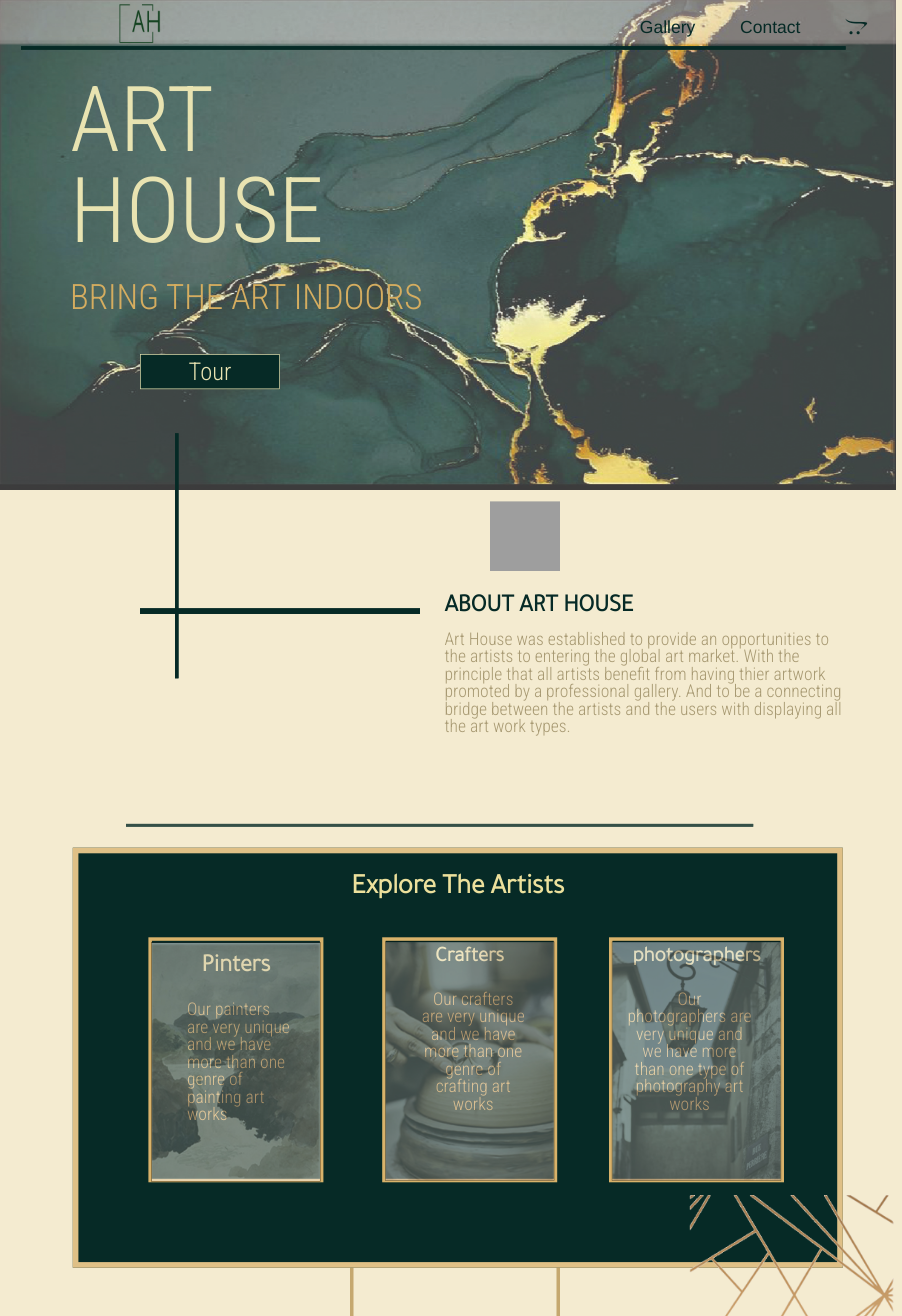
Repository: merge-confilicts/art-house
Page: index.html
An editor plug-in stored every save of this project. The page is shown before and after the next save, followed by the edit.
The browser window is 1280 px wide. The page is 1280 px wide, then 1289 px, so the pictures cover 1289 px, including what lies to the right of the window. The pictures show the part of the page from y = 0 to 1880 px (the page is 2701 px tall), at 70% of full size.
Pictures or frames that could not be fetched are drawn as grey boxes.

Above is the page before, as saved 2021-05-26 12:26:49.

### index.html
<!DOCTYPE html>
<html lang="en">

<head>
    <meta charset="UTF-8">
    <meta http-equiv="X-UA-Compatible" content="IE=edge">
    <meta name="viewport" content="width=device-width, initial-scale=1.0">
    <title>Art house</title>
    <l<link rel="preconnect" href="https://fonts.gstatic.com">
        <link
            href="https://fonts.googleapis.com/css2?family=Noto+Sans+JP:wght@300&family=Roboto+Condensed:wght@300&family=Tajawal:wght@300&display=swap"
            rel="stylesheet">
        <link rel="stylesheet" href="css/reset.css">
        <link rel="stylesheet" href="css/style.css">
        <link rel="stylesheet" href="https://use.fontawesome.com/releases/v5.15.3/css/all.css"
            integrity="sha384-SZXxX4whJ79/gErwcOYf+zWLeJdY/qpuqC4cAa9rOGUstPomtqpuNWT9wdPEn2fk" crossorigin="anonymous">

</head>

<body>
    <div id="tour">
        <div class="mySlide">
            <span class="slideCounter">1 / 3</span>
            <img src="/Images/slideshow/photo-1577720580479-7d839d829c73.jpg" alt="tour"
                class="SlideImages" />
            <p class="SlideImagetitle">Near Brodick, Isle Of Arran by William Andrews Nesfield</p>
            <span class="back"></span>
        </div>
        <div class="mySlide">
            <span class="slideCounter">2 / 3</span>
            <img src="Images/slideshow/photo-1542226601-bc82e276ae0a.jpg" alt="tour"
                class="SlideImages" />
            <p class="SlideImagetitle">Strolling through Stavanger by Max </p>
            <span class="back"></span>
        </div>
        <div class="mySlide">
            <span class="slideCounter">3 / 3</span>
            <img src="Images/slideshow/photo-1597420104288-4383f0a6e0ee.jpg" alt="tour"
                class="SlideImages" />
            <p class="SlideImagetitle">Street level shot of NYC by Giovanni</p>
            <span class="back"></span>
        </div>
        <a class="prev" onclick="plusSlides(-1)">&#10094;</a>
        <a class="next" onclick="plusSlides(1)">&#10095;</a>
        <button type="button" id="xButton">X</button>
        <div id="tourBorder"></div>
    </div>
    <header>
        <nav>
            <ul>
                <li><a href="index.html"><img src="Images/slideshow/a1de5ef2bbdf4582b79856771ada2ce0 (2).png" alt="" id="logo"/></a></li>
                <li><a href="html/gallery.html">Gallery</a></li>
                <li><a href="html/contact-us.html">Contact</a></li>
                <li><a href="html/shopping-page.html"><i class="fab fa-opencart"></i></a></li>
            </ul>
        </nav>
        <span></span>
        <h1>ART <br /> HOUSE</h1>
        <p>BRING THE ART INDOORS </p>
        <button type="button" id="button">Tour</button>
        <img src="Images/mainPage/main.jpg" alt="mainPage">
    </header>
    <main>
        <section>
            <img src="https://static.thenounproject.com/png/486805-200.png" alt="scroll">
            <span></span>
            <span></span>
            <h3>ABOUT ART HOUSE</h3>
            <p>Art House was established to provide an opportunities to the artists to entering the global art market.
                With the principle that all artists benefit from having thier artwork promoted by a professional
                gallery.
                And to be a connecting bridge between the artists and the users with displaying all the art work types.
            </p>
            <span></span>
        </section>
        <section>
            <h3>Explore The Artists</h3>
            <article>
                <h5>Pinters</h5>
                <p>Our painters are very unique and we have more than one genre of painting art works</p>
                <img src="/Images/mainPage/2.jpg" alt="painters">
            </article>
            <article>
                <h5>Crafters</h5>
                <p>Our crafters are very unique and we have more than one genre of crafting art works</p>
                <img src="/Images/mainPage/3.jpg" alt="crafters">
            </article>
            <article>
                <h5>photographers</h5>
                <p>Our photographers are very unique and we have more than one type of photography art works</p>
                <img src="Images/mainPage/4.jpg" alt="crafters">
            </article>
        </section>
        <section>
            <article>
                <div>
                </div>
                <p> <span id="artists">A pharagraph for the new artists</span> <br /> who are intresting in launching
                    thier
                    work in the <br /> <span id="website">website</span> </p>
                <a href="/html/contact-us.html" target="_top">Join Us</a>
            </article>
            <article>
            </article>
        </section>
        <img src="/Images/mainPage/output-onlinepngtools (1).png" alt="rightImg" id="right">
        <img src="Images/mainPage/output-onlinepngtools (2).png" alt="lrftImg" id="left">
    </main>
    <footer>
        <p><i class="far fa-copyright"></i> Art-House 2021</p>
        <span></span>
        <a href="#"> <i class="fab fa-facebook"></i></a>
        <a href="#"> <i class="fab fa-instagram"></i></i></a>
        <a href="#"> <i class="fab fa-twitter"></i></i></a>
        <a href="#"><i class="fab fa-pinterest"></i></i></a>
    </footer>
    <script src="/js/app.js"></script>
</body>

</html>

### css/style.css

*{
    box-sizing: border-box;
}
body{
    background-color: #f4ebd0;

}


#tour{
    margin-top: 180px;
    margin-left: 200px;
    width: 60%;
    background-color: #e8e3b1;
    position: absolute;
    height: 400px;
    z-index: 1;
    display: none;
    border: 5px solid #062a26;
    transition: 1s;
}
#tour img{
    width: 700px;
    height: 410px;
    margin-left: 0px;
    padding-bottom: 20px;
    opacity: .8;
}
#tour .back{
    top: -80px;
    position: relative;
    display: block;
    width: 700px;
    background-color: #e8e3b1;
    height: 22px;
    opacity: .5;

}
#tour p {
    /* padding-bottom: 30px; */
    top: -60px;
    position: relative;
    margin-left: 170px;
    color: #062a26;
    font-family: 'Noto Sans JP', sans-serif;
    font-family: 'Roboto Condensed', sans-serif;
    font-size: 20px;
    z-index: 1;
}
#tour button{
    top: -25px;
    right: 10px;
    position: absolute;
    width: 30px;
    height: 35px;
    font-size: 25px;
    text-align: center;
    transition: 1s;
}
#tour #tourBorder{
    display: block;
    border: solid 5px #c5a86f;
    width: 300px;
    height: 600px;
    top: -500px;
    left:600px;
    position: relative;
    z-index: -4;

}
.mySlide{
    display: none;
}
.slideCounter{
    top: 20px;
    right: 60px;
    position: absolute;
    font-size: 20px;
    font-family:cursive;
    color: #062a26;
    font-family: 'Noto Sans JP', sans-serif;
    font-family: 'Roboto Condensed', sans-serif;
    font-size: 20px;
}
.prev{
    top: 180px;
    left: 10px;
    position: absolute;
    font-size: 30px;
    color: #062a26;
}
.next{
    top: 180px;
    left: 760px;
    position: absolute;
    font-size: 30px;
    color: #062a26;
}
ul li {
    display: inline-block;
    margin-left: 0px;
    padding-top: 25px;
    left: 800px;
    position: relative;
    margin-right: 60px;
}
ul li:first-child{
    margin-left: 50px;
    padding-left: 0px;
    left: 0px;
    font-size: 25px;
    position: relative;
}

nav ul li a {
    font-size: 25px;
    text-decoration: none;
    color: #062a26;
    font-family:'Franklin Gothic Medium', 'Arial Narrow', Arial, sans-serif;
}
#logo{
    top: -30px;
    left: 100px;
    position: absolute;
    width: 100px;
    height:100px;
    z-index: 2;
}
header span{
    display: block;
    top: 15px;
    left: 30px;
    position: relative;
    background-color: #062a26;
    width: 92%;
    height: 5px;
    border: #062a26 solid 2px;
}
header img {
    top: 0px;
    left: 0px;
    position: absolute;
    z-index: -1;
    width: 100%;
    height: 700px;
}
h1{
    margin-top:50px;
    margin-left: 100px;
    font-size: 130px;
    font-family: 'Noto Sans JP', sans-serif;
    font-family: 'Roboto Condensed', sans-serif;
    color: #e8e3b1;
    margin-bottom: 100px;
}
header p {
    top: 400px;
    left:100px;
    position: absolute;
    font-size: 50px;
    font-family: 'Noto Sans JP', sans-serif;
    font-family: 'Roboto Condensed', sans-serif;
    color: #d5ad60;
}
 button{
    margin-top: 40px;
    margin-left: 200px;
    width: 200px;
    height: 50px;
    font-size: 35px;
    color: white;
    background-color: #062a26;
    border: none;
    font-family: 'Noto Sans JP', sans-serif;
    font-family: 'Roboto Condensed', sans-serif;
    color: #e8e3b1;
    border: 1px solid #e8e3b1 ;



}

main section:first-child img{
    margin-top: 160px;
    margin-left: 700px;
    width: 100px;
    height: 100px;
    border: none;
}
main section:first-child span:first-of-type{
    display: block;
    top: -200px;
    left: 250px;
    position: relative;
    background-color: #062a26;
    width: 5px;
    height: 350px;
    border: #062a26 solid 2px;

}
main section:first-child :nth-child(3){
    display: block;
    top: -300px;
    left: 200px;
    position: relative;
    background-color: #062a26;
    width: 400px;
    height: 8px;
    border: #062a26 solid 2px;
}

main section:first-child h3 {
    top: 850px;
    left: 635px;
    position:absolute;
    font-size: 35px;
    font-family: 'Noto Sans JP', sans-serif;
    font-family: 'Roboto Condensed', sans-serif;
    font-family: 'Tajawal', sans-serif;
    font-weight: 700;
    color:#062a26;

}
main section:first-child p{
    top: 900px;
    left: 635px;
    position:absolute;
    font-size: 25px;
    font-family: 'Noto Sans JP', sans-serif;
    font-family: 'Roboto Condensed', sans-serif;
    width: 580px;
    color: #a89a73;
    font-weight: 500;
}
main section:first-child span:last-of-type{
    display: block;
    top: 0px;
    left: 180px;
    position: relative;
    background-color: #062a26;
    width: 70%;
    height: 2px;
    border: #062a26 solid 2px;
    opacity: .8;
}
main section:nth-child(2){
    display: block;
    background-color: #062a26;
    width: 1100px;
    height: 600px;
    margin-left: 104px;
    margin-top: 30px;
    border: 8px solid #dfc086;

}
main section:nth-child(2) h3 {
    text-align: center;
    padding-top: 30px;
    font-size: 40px;
    font-family: 'Noto Sans JP', sans-serif;
    font-family: 'Roboto Condensed', sans-serif;
    font-family: 'Tajawal', sans-serif;
    font-weight: 700;
    color: #ece09c;

}
main section:nth-child(2) article {
    margin-top: 50px;
    margin-left: 100px;
    display: inline-block;
    border: 5px solid #d8b26a;
}
main section:nth-child(2) article:first-of-type {
    width: 250px;
    height: 350px;

}
main section:nth-child(2) article:first-of-type h5 {
   font-size: 35px;
   text-align: center;
   padding-top: 20px;
   padding-bottom: 30px;
   font-family: 'Noto Sans JP', sans-serif;
   font-family: 'Roboto Condensed', sans-serif;
   font-family: 'Tajawal', sans-serif;
   font-weight: 700;
   color: #ece09c;
   opacity: 1;
}
main section:nth-child(2) article:first-of-type p {
    font-size: 25px;
    font-family: 'Noto Sans JP', sans-serif;
    font-family: 'Roboto Condensed', sans-serif;
    color:#d5ad60 ;
    padding-left:50px ;
    width: 200px;
    opacity: 1;
 }
 main section:nth-child(2) article:first-of-type img{
     width: 242px;
     height: 342px;
     top: -458px;
     right: 1px;
     position: relative;
     opacity: .5;
 }
main section:nth-child(2) article:nth-child(3) {
    width: 250px;
    height: 350px;
    top: -15px;
    right:20px;
    position: relative;
}
main section:nth-child(2) article:nth-child(3) h5 {
    font-size: 30px;
    text-align: center;
    padding-top: 10px;
    padding-bottom: 30px;
    font-family: 'Noto Sans JP', sans-serif;
    font-family: 'Roboto Condensed', sans-serif;
    font-family: 'Tajawal', sans-serif;
    font-weight: 700;
    color: #ece09c;
    opacity: 1;
 }
 main section:nth-child(2) article:nth-child(3) p {
     font-size: 25px;
     text-align: center;
     font-family: 'Noto Sans JP', sans-serif;
     font-family: 'Roboto Condensed', sans-serif;
     color:#d5ad60 ;
     padding-left:50px ;
     width: 200px;
     opacity: 1;

  }
  main section:nth-child(2) article:nth-child(3) img{
    width: 242px;
    height: 342px;
    top: -444px;
    right: 1px;
    position: relative;
    opacity: .5;
  }
main section:nth-child(2) article:last-of-type {
    width: 250px;
    height: 350px;
    top: -15px;
    right:50px;
    position: relative;
}
main section:nth-child(2) article:last-of-type h5 {
    font-size: 30px;
    text-align: center;
    padding-top: 10px;
    padding-bottom: 30px;
    font-family: 'Noto Sans JP', sans-serif;
    font-family: 'Roboto Condensed', sans-serif;
    font-family: 'Tajawal', sans-serif;
    font-weight: 700;
    color: #ece09c;

}
main section:nth-child(2) article:last-of-type p {
    font-size: 25px;
    text-align: center;
    font-family: 'Noto Sans JP', sans-serif;
    font-family: 'Roboto Condensed', sans-serif;
    color:#d5ad60 ;
    padding-left:20px ;
    width: 200px;


 }
 main section:nth-child(2) article:last-of-type img{
    width: 242px;
    height: 342px;
    top: -444px;
    right: 1px;
    position: relative;
    opacity: .5;
 }
main section:last-of-type article:first-of-type {
     display: block;
     background-color: #062a26;
     width: 630px;
     height: 300px;
     margin-top: 100px;

}
main section:last-of-type article:first-of-type div {
    display: block;
    border: solid 5px #c5a86f;
    width: 300px;
    height: 600px;
    top: -140px;
    left:500px;
    position: relative;
    z-index: -1;
    /* opacity: .8; */
}
main section:last-of-type article:first-of-type #artists{
    font-size: 40px;
    font-family: 'Noto Sans JP', sans-serif;
    font-family: 'Roboto Condensed', sans-serif;
    color: #d5ad60;
    top: -50px;
    left: -50px;
    position: relative;
    font-style: italic;
}
main section:last-of-type article:first-of-type p{
    color: honeydew;
    left: 165px;
    top: -500px;
    font-size: 25px;
    position: relative;
    font-family: 'Noto Sans JP', sans-serif;
    font-family: 'Roboto Condensed', sans-serif;

}
main section:last-of-type article:first-of-type #website{
    font-size: 30px;
    color: black;
    top: -27px;
    left: 470px;
    position: relative;
    font-family: 'Noto Sans JP', sans-serif;
    font-family: 'Roboto Condensed', sans-serif;
    color: #d5ad60;
}

main section:last-of-type article:first-of-type a{
    position: relative;
    top: -500px;
    left: 450px;
    border: 3px solid #d5ad60 ;
    border-radius: 0px;
    color: #d5ad60;
    display: inline-block;
    /* text-align: center; */
    padding: 15px 40px 15px 40px;
    text-decoration: none;
    font-size: 20px;
    font-family: 'Noto Sans JP', sans-serif;
    font-family: 'Roboto Condensed', sans-serif;
    font-weight: bold;

}

main section:last-of-type article:last-of-type img{
    width: 400px;
    height: 500px;
    float: right;
    margin-top: -200px;
    border: 1px solid black;
}

main img {
    width: 200px;
    height: 200px;
    margin-top: 200px;
    border: 1px solid black;
}

footer {
    text-align: center;
    top: 450px;
    position: relative;
    background-color:#062a26 ;
}
footer p{
    margin-right: 200px;
    color: #a38b5d;
    font-family: 'Roboto Condensed', sans-serif;
    font-size: 20px;
    top: 10px;
    position: relative;
}
#right{
    border: none;
    width: 400px;
    height: 580px;
    left: -110px;
    top: 1920px;
    position: absolute;


}
#left{
    border: none;
    width: 300px;
    height: 1000px;
    right:0px;
    top: 1500px;
    position: absolute;
}
footer .fa-copyright{
    color: #062a26;
    font-size: 20px;

}
footer span{

    background-color: #a38b5d;
    border: 2px solid #a38b5d;
    left: 80px;
    top:-5px;
    position: relative;
}
footer .fa-facebook{
    margin-left: 200px;
    top: -10px;
    position: relative;
    color: #a38b5d;
    font-size: 20px;
}
footer .fa-instagram{
    top: -10px;
    position: relative;
    color: #a38b5d;
    font-size: 20px;
}
footer .fa-twitter{
    top: -10px;
    position: relative;
    color: #a38b5d;
    font-size: 20px;
}
footer .fa-pinterest{
    top: -10px;
    position: relative;
    color: #a38b5d;
    font-size: 20px;
}

### js/app.js

'use strict';

//................Tour button code.....................
let btn = document.getElementById('button');
let xBtn = document.getElementById('xButton');
btn.addEventListener('click', tourShow);
xBtn.addEventListener('click', tourShow);
function tourShow(event) {
    let slideShow = document.getElementById('tour');
    let displaySetting = slideShow.style.display;
    if (displaySetting == 'block') {
        slideShow.style.display = 'none';
        btn.innerHTML = 'TOUR';
    } else if (xBtn.addEventListener) {
        slideShow.style.display = 'block';
    }
}

//................Slide show code.....................

let index = 1;
showSlide(index);
function plusSlides(action) {
    showSlide(index += action);
}
function showSlide(n) {
    let slides = document.getElementsByClassName('mySlide');
    console.log(slides);
    if (n > slides.length) { index = 1 }
    if (n < 1) { index = slides.length }
    for (let i = 0; i < slides.length; i++) {
        slides[i].style.display = "none";
    }

    slides[index - 1].style.display = "block";
}

Loaded but not shown: css/reset.css (common file)

After the next save:
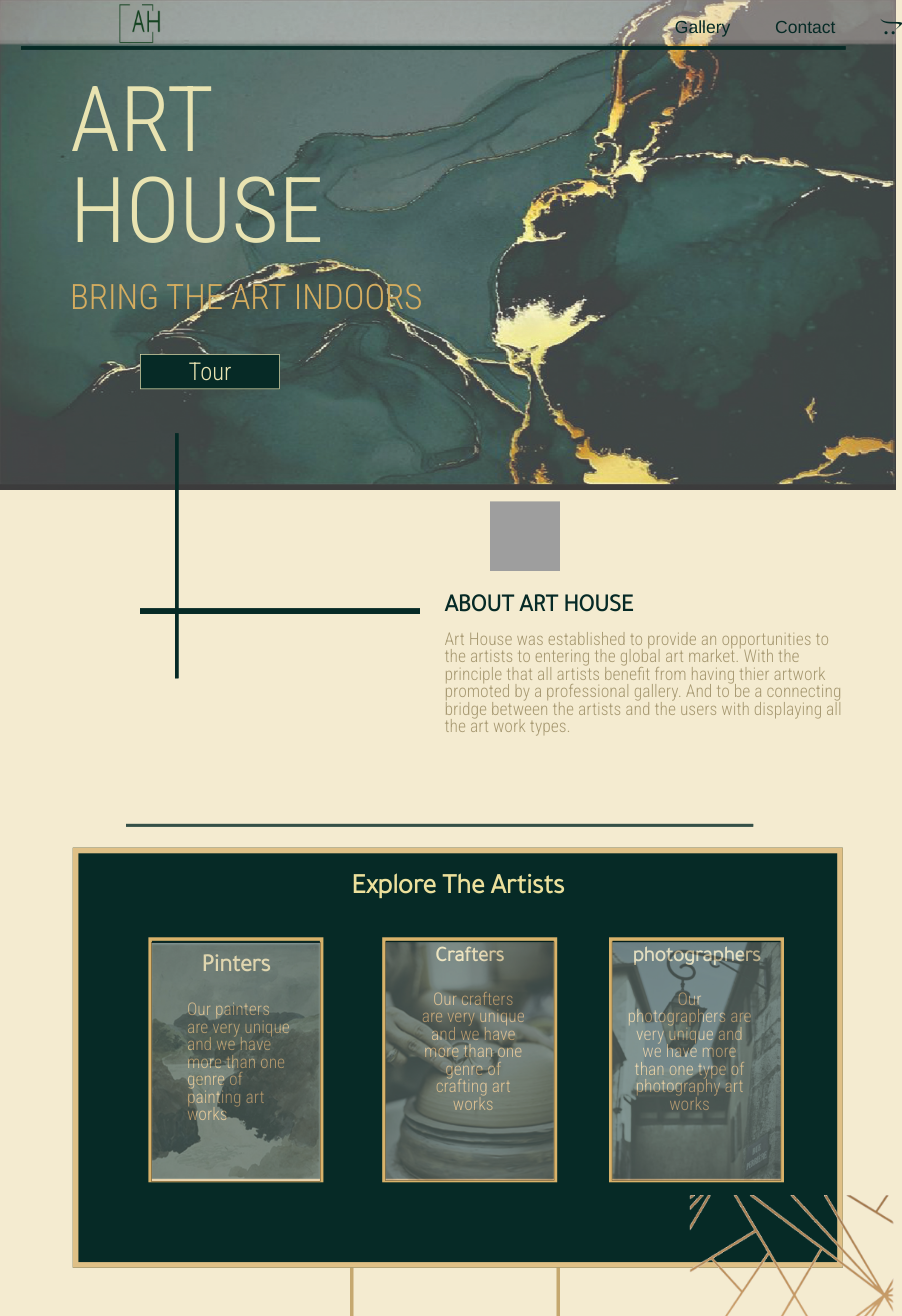
Saved 4 s later.
--- a/css/style.css
+++ b/css/style.css
@@ -101,7 +101,7 @@
     display: inline-block;
     margin-left: 0px;
     padding-top: 25px;
-    left: 800px;
+    left: 850px;
     position: relative;
     margin-right: 60px;
 }
